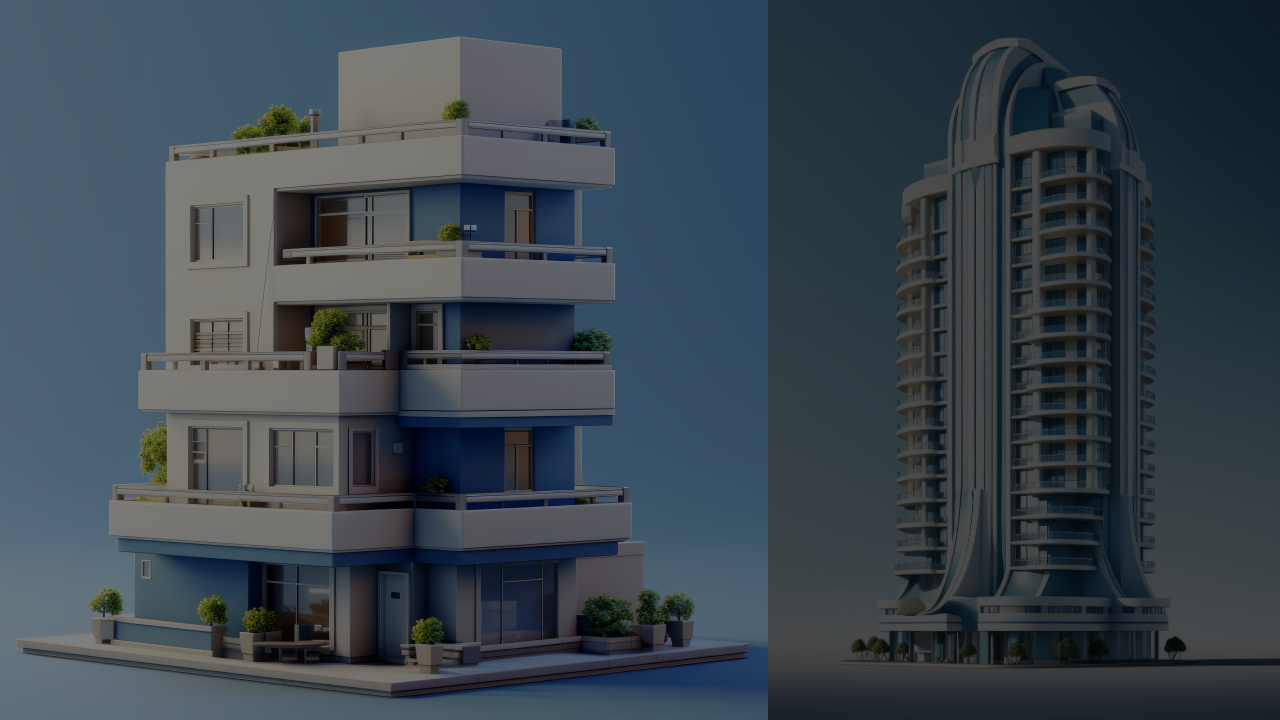
Repository: brytemenz/investnest-landing
Page: /
These files come from the project's save history. The page is drawn as it stood at one moment and after the next save; the edit follows.
The browser window is 1280 px wide. The pictures show the whole page.
The project was rebuilt for these pictures with package versions that can differ from the ones it lists, and the page was loaded fresh each time. Also part of the build but not shown: vite.config.js.

Above is the page before, as saved 2024-05-28 19:05:58.

After the next save:
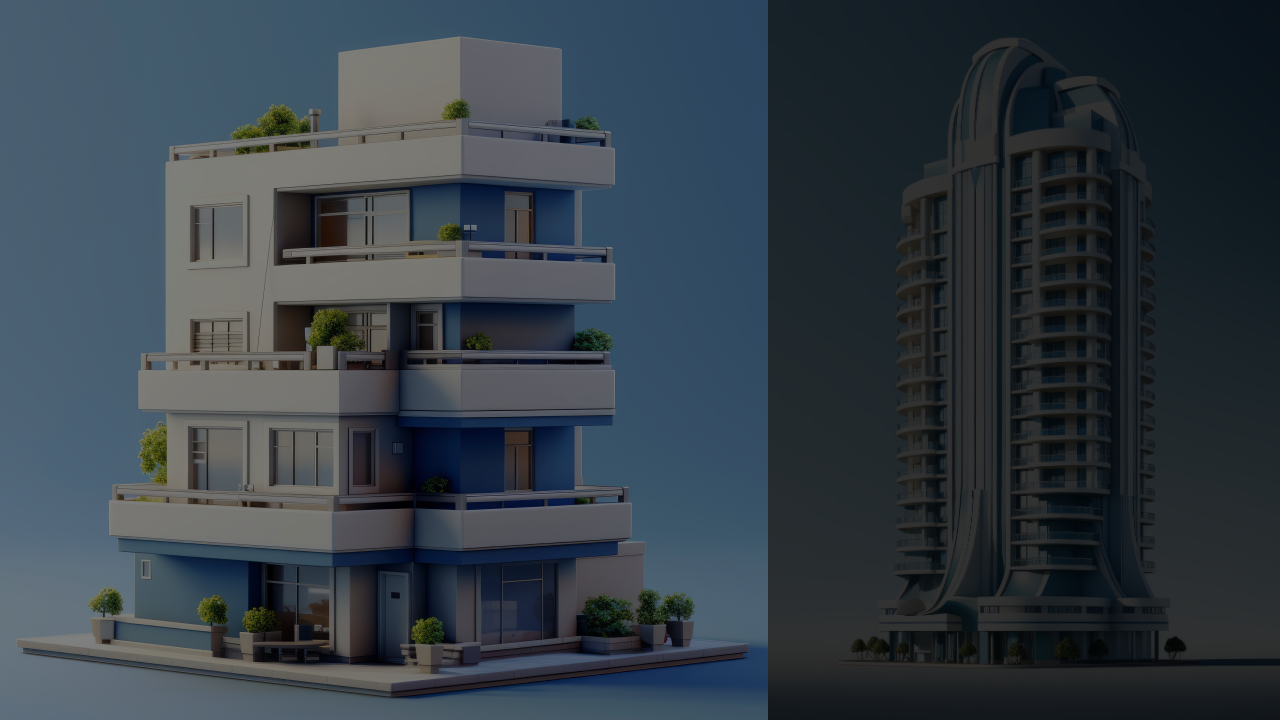
Saved 41 s later.
--- a/src/pages/landingPage.jsx
+++ b/src/pages/landingPage.jsx
@@ -12,7 +12,7 @@ const LandingPage = () => {
         <div className="bg-cover bg-center h-full" style={{ backgroundImage: `url(${leftImage})` }}></div>
       </div>
       <div className="w-2/5 relative">
-        <div className="absolute inset-0 bg-black bg-opacity-70"></div>
+        <div className="absolute inset-0 bg-black bg-opacity-80"></div>
         <div className="bg-cover bg-center h-full" style={{ backgroundImage: `url(${rightImage})` }}></div>
       </div>
     </div>
